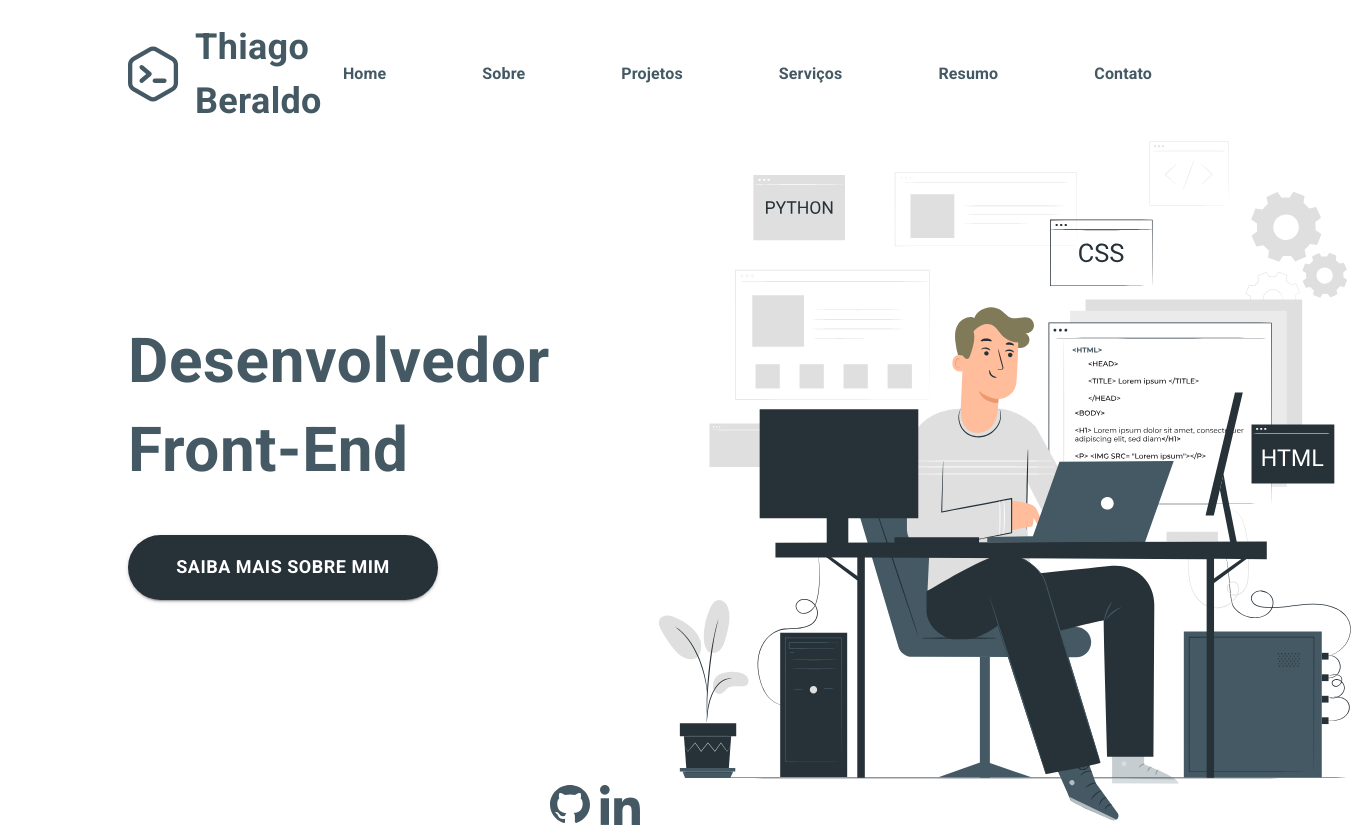
Repository: lenx0/myportfolio
Page: /
An editor plug-in stored every save of this project. The page is shown before and after the next save, followed by the edit.
The browser window is 1280 px wide. The page is 1361 px wide, then 1280 px, so the pictures cover 1361 px, including what lies to the right of the window. The pictures show the whole page.
The project was rebuilt for these pictures with package versions that can differ from the ones it lists, and the page was loaded fresh each time. Also part of the build but not shown: vite.config.js.

Above is the page before, as saved 2024-06-07 10:37:55.

### index.html
<!doctype html>
<html lang="en">
  <head>
    <meta charset="UTF-8" />
    <link href="https://fonts.googleapis.com/css2?family=Roboto:wght@400;700&display=swap" rel="stylesheet">
    <meta name="viewport" content="width=device-width, initial-scale=1.0" />
    <title>Portfólio</title>
  </head>
  <body>
    <div id="root"></div>
    <script type="module" src="/src/main.jsx"></script>
  </body>
</html>

### src/App.jsx
import { Box } from "@mui/material";
import Header from "./components/Header";
import "./global.css";
import Home from "./components/Home";

function App() {
  return (
    <Box
      sx={{
        margin: "0 10% 0 10%",
      }}
    >
      <Header />
      <Home />
    </Box>
  );
}

export default App;

### src/components/Header/index.jsx
import { Typography, Box } from "@mui/material";
import Logo from "/assets/logos/logo.svg";

export default function Header() {
  const menuItems = [
    "Home",
    "Sobre",
    "Projetos",
    "Serviços",
    "Resumo",
    "Contato",
  ];

  return (
    <>
      <Box
        component="header"
        sx={{
          display: "flex",
          alignItems: "center",
          justifyContent: "space-between",
          mt: "20px",
        }}
      >
        <Box display="flex">
          <Box component="img" src={Logo}></Box>
          <Typography
            sx={{
              fontSize: 36,
              color: "#445964",
              fontWeight: 700,
              ml: 2,
            }}
          >
            Thiago Beraldo
          </Typography>
        </Box>

        <Box
          sx={{
            display: "flex",
            gap: "96px",
            color: "#445964",
          }}
        >
          {menuItems.map((item) => (
            <Typography sx={{ cursor: "pointer", fontWeight: 700 }} key={item}>
              {item}
            </Typography>
          ))}
        </Box>
      </Box>
    </>
  );
}

### src/global.css
body {
    margin: 0;
    padding: 0;
    box-sizing: border-box;
    font-family: 'Roboto', sans-serif;
}

### src/components/Home/index.jsx
import { Box, Button, Grid, Typography } from "@mui/material";
import HomeArt from "/assets/images/Art1.svg";
import Github from "/assets/icons/Github.svg";
import Linkedin from "/assets/icons/Linkedin.svg";

const Home = () => {
  const titleStyle = {
    fontSize: 62,
    fontWeight: 700,
    color: "#445964",
    flexShrink: 1,
    mb: 5,
    maxWidth: "50vw",
  };

  return (
    <Grid
      container
      direction="row"
      alignItems="center"
      spacing={2}
      wrap="nowrap"
    >
      <Grid item>
        <Typography variant="body2" sx={titleStyle}>
          Desenvolvedor Front-End
        </Typography>
        <Button
          variant="contained"
          sx={{
            fontSize: 18,
            fontWeight: 700,
            backgroundColor: "#263138",
            width: 310,
            height: 65,
            borderRadius: 20,
            mb: 5,
          }}
        >
          Saiba mais sobre mim
        </Button>
      </Grid>
      <Box
        sx={{
          display: "flex",
          justifyContent: "flex-start",
          marginTop: "auto",
          gap: "10px",
        }}
      >
        <Box>
          <img src={Github} />
        </Box>
        <Box>
          <img src={Linkedin} />
        </Box>
      </Box>
      <Grid item>
        <img src={HomeArt} alt="Home Art" />
      </Grid>
    </Grid>
  );
};

export default Home;

Loaded but not shown: src/main.jsx (common file)

After the next save:
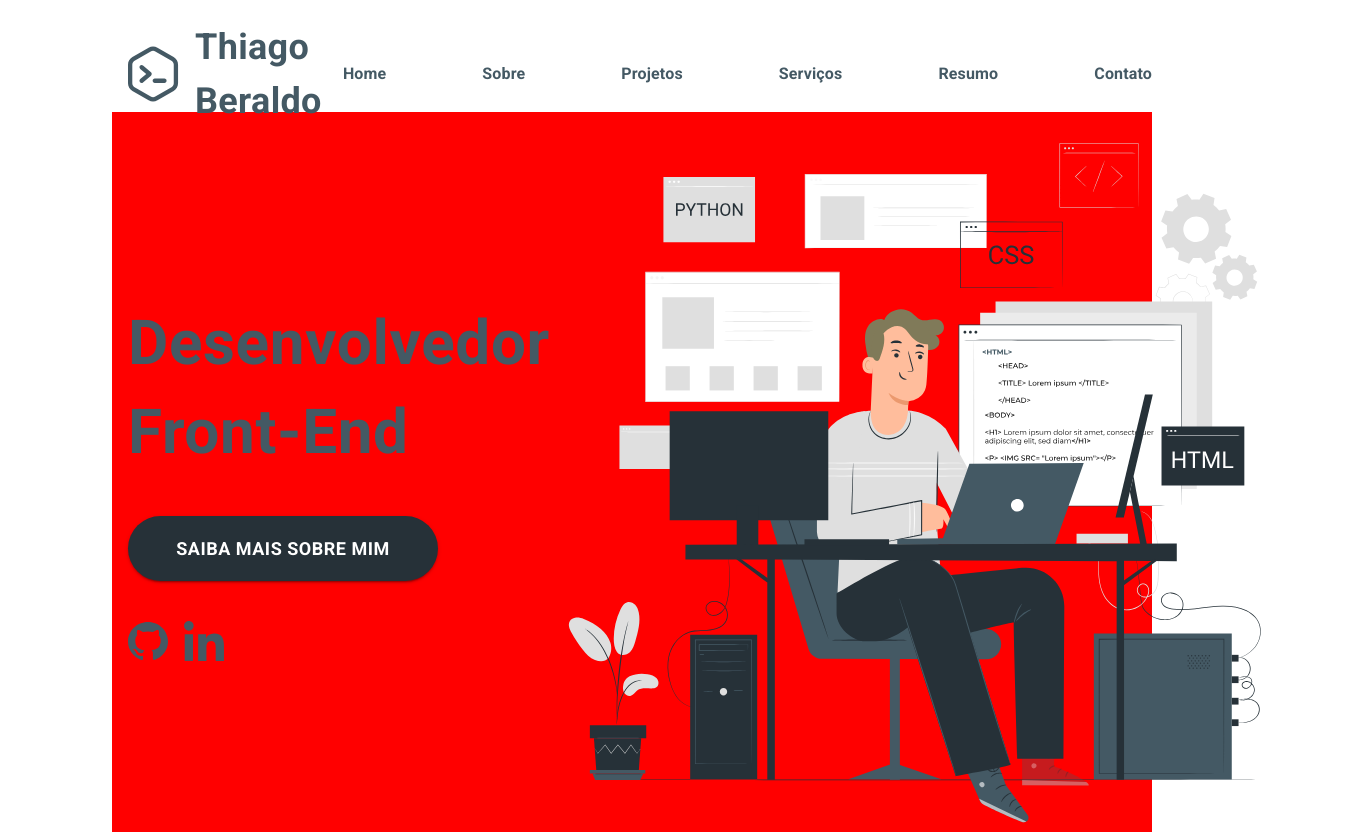
Saved 2 min 0 s later.
--- a/src/components/Home/index.jsx
+++ b/src/components/Home/index.jsx
@@ -1,18 +1,9 @@
-import { Box, Button, Grid, Typography } from "@mui/material";
+import { Button, Grid, Typography, Box } from "@mui/material";
 import HomeArt from "/assets/images/Art1.svg";
 import Github from "/assets/icons/Github.svg";
 import Linkedin from "/assets/icons/Linkedin.svg";
 
 const Home = () => {
-  const titleStyle = {
-    fontSize: 62,
-    fontWeight: 700,
-    color: "#445964",
-    flexShrink: 1,
-    mb: 5,
-    maxWidth: "50vw",
-  };
-
   return (
     <Grid
       container
@@ -20,41 +11,52 @@
       alignItems="center"
       spacing={2}
       wrap="nowrap"
+      sx={{ height: '100vh', backgroundColor: 'red' }} // Use sx para estilizar diretamente no container
     >
-      <Grid item>
-        <Typography variant="body2" sx={titleStyle}>
-          Desenvolvedor Front-End
-        </Typography>
-        <Button
-          variant="contained"
+      <Grid
+        item
+        sx={{ display: 'flex', flexDirection: 'column', justifyContent: 'space-between' }}
+      >
+        <Box>
+          <Typography
+            variant="body2"
+            sx={{
+              fontSize: 62,
+              fontWeight: 700,
+              color: "#445964",
+              mb: 5,
+              maxWidth: "50vw",
+            }}
+          >
+            Desenvolvedor Front-End
+          </Typography>
+          <Button
+            variant="contained"
+            sx={{
+              fontSize: 18,
+              fontWeight: 700,
+              backgroundColor: "#263138",
+              width: 310,
+              height: 65,
+              borderRadius: 20,
+              mb: 5,
+            }}
+          >
+            Saiba mais sobre mim
+          </Button>
+        </Box>
+        <Box
           sx={{
-            fontSize: 18,
-            fontWeight: 700,
-            backgroundColor: "#263138",
-            width: 310,
-            height: 65,
-            borderRadius: 20,
-            mb: 5,
+            display: 'flex',
+            justifyContent: 'flex-start',
+            mt: 'auto',
+            gap: 2,
           }}
         >
-          Saiba mais sobre mim
-        </Button>
+          <img src={Github} alt="Github" />
+          <img src={Linkedin} alt="LinkedIn" />
+        </Box>
       </Grid>
-      <Box
-        sx={{
-          display: "flex",
-          justifyContent: "flex-start",
-          marginTop: "auto",
-          gap: "10px",
-        }}
-      >
-        <Box>
-          <img src={Github} />
-        </Box>
-        <Box>
-          <img src={Linkedin} />
-        </Box>
-      </Box>
       <Grid item>
         <img src={HomeArt} alt="Home Art" />
       </Grid>
